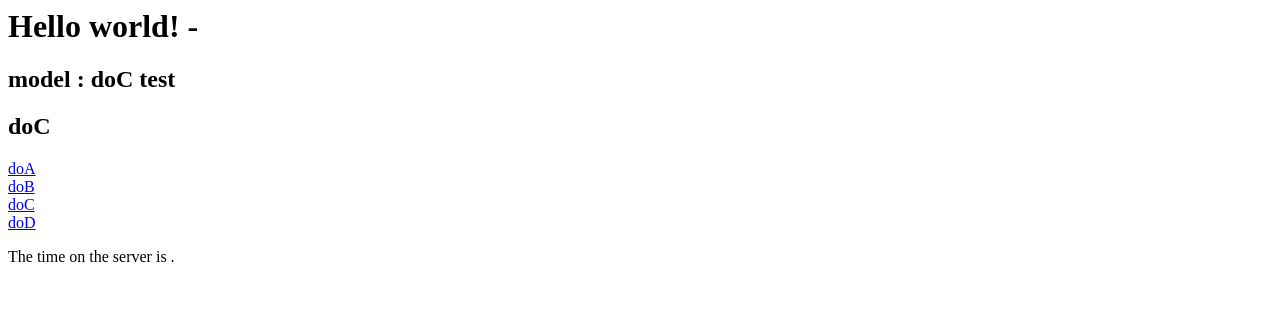
Repository: m1njunK/workspace-spring
Page: http://localhost/mvc_part01_controller/doC
The author's editor kept a copy of each file at every save. The page is drawn from the files as they stood at one save, then again after the next save.
The browser window is 1280 px wide. The pictures show the whole page.
The page is served by Tomcat 9. Other server files are loaded and not shown. The template is opened directly, without the code that normally fills it, so the values that code supplies are empty.

Above is the page before, as saved 2023-07-24 06:24:44.

### mvc_part01_controller/src/main/webapp/WEB-INF/views/home.jsp
<%@ taglib uri="http://java.sun.com/jsp/jstl/core" prefix="c" %>
<%@ page session="true" %>
<html>
<head>
	<title>Home</title>
</head>
<body>
<h1>
	Hello world! - ${sessionScope.test}
</h1>
<h2>
	model : ${requestScope.modelTest}
</h2>
<h2>
	doC
</h2>
<a href="doA">doA</a> <br/>
<a href="doB">doB</a> <br/>
<a href="doC">doC</a> <br/>
<a href="doD?msg=helloSpring">doD</a> <br/>
<P>  The time on the server is ${serverTime}. </P>
</body>
</html>

After the next save:
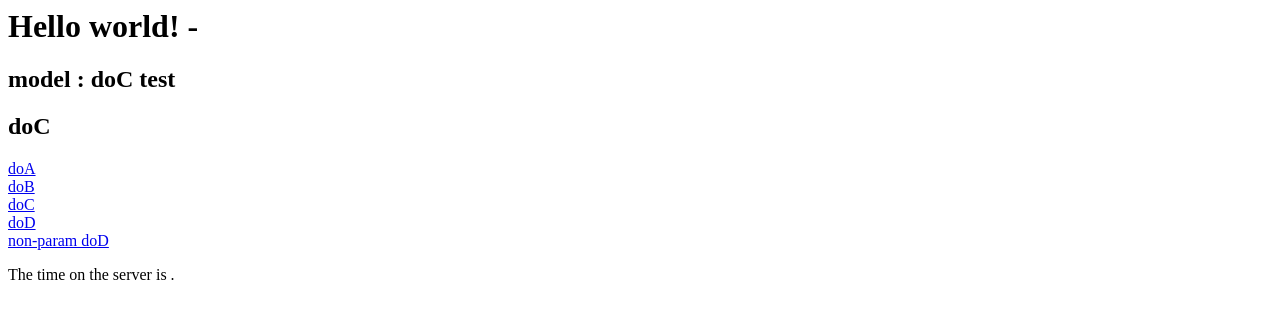
Saved 17 s later.
--- a/mvc_part01_controller/src/main/webapp/WEB-INF/views/home.jsp
+++ b/mvc_part01_controller/src/main/webapp/WEB-INF/views/home.jsp
@@ -18,6 +18,7 @@
 <a href="doB">doB</a> <br/>
 <a href="doC">doC</a> <br/>
 <a href="doD?msg=helloSpring">doD</a> <br/>
+<a href="doD">non-param doD</a>
 <P>  The time on the server is ${serverTime}. </P>
 </body>
 </html>
